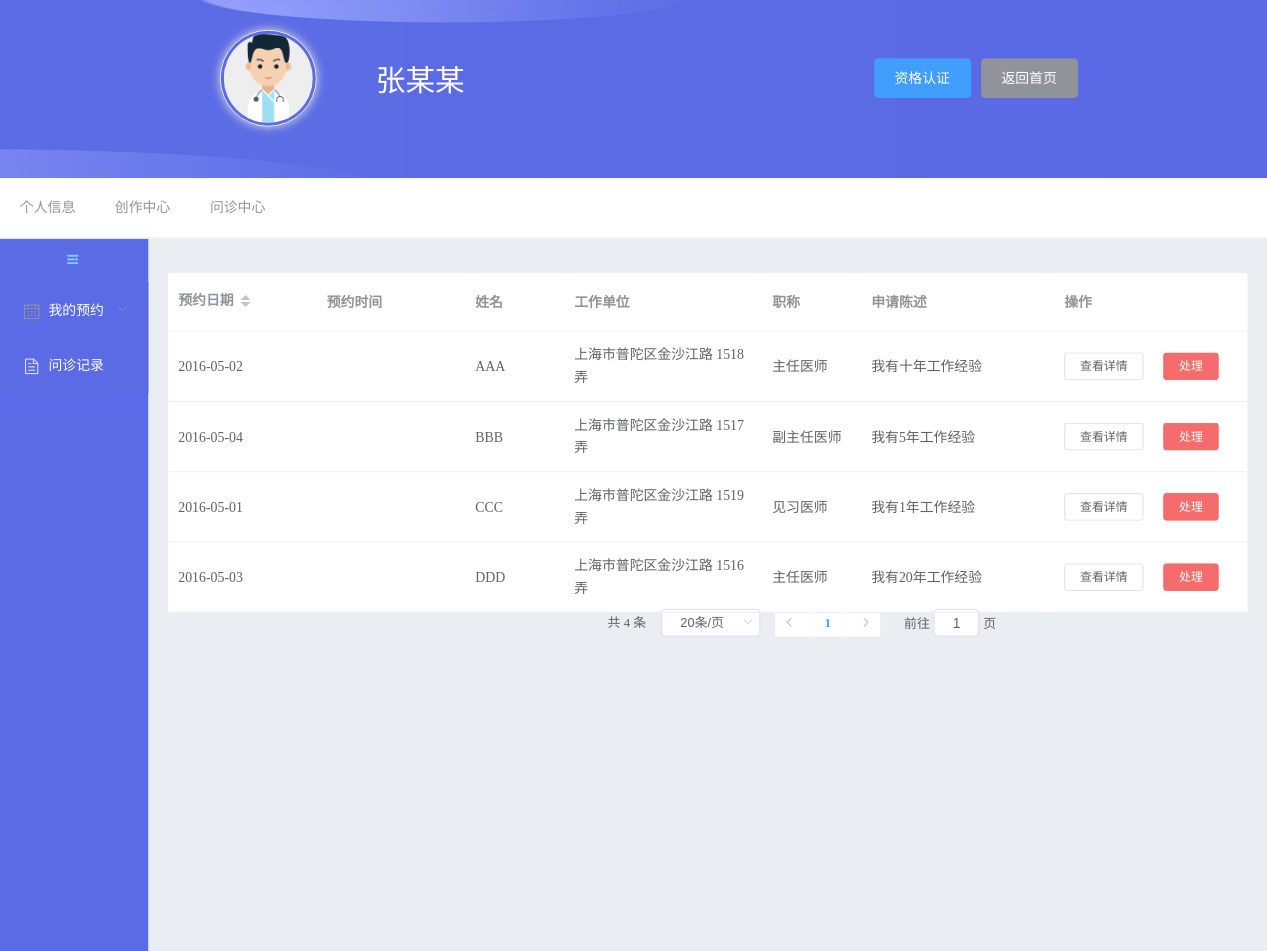
Repository: DiscreteL/SOA_Front
Page: /#/waitApply
The author's editor kept a copy of each file at every save. The page is drawn from the files as they stood at one save, then again after the next save.
The browser window is 1280 px wide. The pictures show the whole page, at 99% of full size.
The project was rebuilt for these pictures with package versions that can differ from the ones it lists, and the page was loaded fresh each time. Also part of the build but not shown: vue.config.js, src/components/navigation.vue, src/components/dialog.vue, src/views/news.vue, src/components/announcement.vue, src/components/patientKnow.vue, src/views/Home.vue, src/views/login.vue and 15 more.

Above is the page before, as saved 2021-11-29 17:27:25.

### src/main.js
import Vue from 'vue'
import App from './App.vue'
import router from './router'
import store from './store'
import ElementUI from 'element-ui';
import 'element-ui/lib/theme-chalk/index.css';
import instance_ from "@/utils/api";

Vue.use(ElementUI);

Vue.config.productionTip = false

Vue.prototype.instance = instance_

new Vue({
  router,
  store,
  render: h => h(App)
}).$mount('#app')

router.beforeEach((to, from, next) => {
  /* 路由发生变化修改页面title */
  if (to.meta.title) {
      document.title = to.meta.title
  }
  next()
})

### src/App.vue
<template>
  <div id="app">
    <router-view/>
  </div>
</template>

<style lang="less" scoped>
</style>

<script>
export default {
  name: 'app'
}
</script>

### src/utils/api.js
//输出通用axios实例
import axios from 'axios';
axios.defaults.withCredentials = false

const instance = axios.create({
  timeout: 10000,
   headers: {
    'Content-Type': "multipart/form-data;charset=utf-8",
  }
});

export default {
  //GqvbYer04485869e6b5acbed4ed10dfd79468f6d84577b1

   diseaseList (data) {
     return instance.get("https://api.apishop.net/common/disease/queryDiseaseList?apiKey=GqvbYer04485869e6b5acbed4ed10dfd79468f6d84577b1&page=1&pageSize=50", data);
   },
   diseaseInfo(data){
    return instance.get("https://api.apishop.net/common/disease/queryDiseaseInfo?apiKey=GqvbYer04485869e6b5acbed4ed10dfd79468f6d84577b1&diseaseID="+data);
   }


//   allUser () {
//     return instance.post('/api/user');
//   },
//   allProduct () {
//    return instance.post('/api/product')
//   },
//   upload (data) {
//     return instance.post('/api/upload',data)
//   },
//   regist (data){
//   	return instance.post('/api/createOrUpdateUser',data)
//   }
};

### src/views/doctor/consultCenter.vue
<template>
  <div class="home_container">
    <UserHomeNav2></UserHomeNav2>
    <!--页面主体区-->
    <el-container>
      <!--侧边栏-->
      <el-aside :width="isCollapse ? '64px' : '150px'">
        <div class="toggle-button" @click="toggleCollapse">
          <div v-if="this.isCollapse == true">
            <i class="el-icon-s-fold"></i>
          </div>
          <div v-else>
            <i class="el-icon-s-unfold"></i>
          </div>
        </div>
        <el-menu
          background-color="#5b6be5"
          text-color="#fff"
          active-text-color="#409EFF"
          :collapse="isCollapse"
          :collapse-transition="false"
          :router="true"
          :default-active="activePath"
        >
          <el-submenu index="1">
            <template slot="title">
              <i class="el-icon-date"></i>
              <span>我的预约</span>
            </template>
            <el-menu-item
              index="/waitApply"
              @click="saveNavState('/waitApply')"
            >
              <i tyle="color: #dcdcdc"></i>
              <span slot="title">预约申请</span>
            </el-menu-item>
            <el-menu-item
              index="/sucApply"
              @click="saveNavState('/sucApply')"
            >
              <i style="color: #dcdcdc"></i>
              <span slot="title">待问诊</span>
            </el-menu-item>
          </el-submenu>
          <el-menu-item index="/docRecord" @click="saveNavState('/docRecord')">
            <i class="el-icon-document" style="color: #dcdcdc"></i>
            <span slot="title">问诊记录</span>
          </el-menu-item>
        </el-menu>
      </el-aside>
      <!--右侧主体区-->
      <el-main>
        <router-view></router-view>
      </el-main>
    </el-container>
  </div>
</template>

<script>
import UserHomeNav2 from "@/components/userhomenav2.vue";

export default {
  name: "ConsultCenter",
  components: {
    UserHomeNav2,
  },
  data() {
    return {
      // 默认不折叠
      isCollapse: false,
      // 被激活导航地址
      activePath: "",
    };
  },
  created() {
    this.getMenuList();
    this.activePath = window.sessionStorage.getItem("activePath");
  },
  methods: {
    toggleCollapse() {
      this.isCollapse = !this.isCollapse;
    },
    saveNavState(activePath) {
      window.sessionStorage.setItem("activePath", activePath);
      this.activePath = activePath;
    },
  },
};
</script>

<style lang="less" scoped>
html,
body {
  width: 100%;
  height: 100%;
  margin: 0px;
  padding: 0px;
}
.home_container {
  height: 100vh;
}
.el-container {
  height: 100%;
}
.el-aside {
  background-color: #5b6be5;
  .el-menu {
    border-right: none;
  }
}
.el-main {
  background-color: #eaedf1;
}
.toggle-button {
  background-color: #5b6be5;
  font-size: 15px;
  line-height: 24px;
  color: #87cefa;
  text-align: center;
  letter-spacing: 0.2em;
  cursor: pointer;
  padding: 10px;
}
.logo_box {
  height: 60px;
  width: 60px;
  border: 5px #53868b;
  border-radius: 50%; /* 圆角 */
  position: relative;
  margin: 30px;
}
.port_box img {
  width: 100%;
  height: 100%;
  border-radius: 50%; /* 圆角 */
  background-color: #53868b;
}
</style>

### src/views/doctor/consult/waitApply.vue
<template>
  <div class="applyForm">
    <div class="form" style="margin-top: 15px">
      <el-table
        ref="filterTable"
        :data="
          tableData.slice((currentPage - 1) * pageSize, currentPage * pageSize)
        "
        style="width: 100%"
      >
        <el-table-column
          prop="date"
          label="预约日期"
          sortable
          width="150"
          column-key="date"
        >
        </el-table-column>
        <el-table-column
          prop="time"
          label="预约时间"
          width="150"
        >
        </el-table-column>
        <el-table-column prop="name" label="姓名" width="100">
        </el-table-column>
        <el-table-column
          prop="hospital"
          label="工作单位"
          width="200"
          :formatter="formatter"
        >
        </el-table-column>
        <el-table-column prop="title" label="职称" width="100">
        </el-table-column>
        <el-table-column
          prop="description"
          label="申请陈述"
          :show-overflow-tooltip="true"
        >
        </el-table-column>
        <el-table-column label="操作">
          <el-button size="mini" @click="dialogTableVisible = true"
            >查看详情</el-button
          >
          <el-dialog title="申请信息" :visible.sync="dialogTableVisible">
            <el-descriptions direction="vertical" :column="4" border>
              <el-descriptions-item label="姓名">AAA</el-descriptions-item>
              <el-descriptions-item label="性别">男</el-descriptions-item>
              <el-descriptions-item label="执业医师资格证编号"
                >123456789</el-descriptions-item
              >
              <el-descriptions-item label="身份证号"
                >9876543210000</el-descriptions-item
              >
              <el-descriptions-item label="工作单位" :span="4"
                >上海市第一医院</el-descriptions-item
              >
              <el-descriptions-item label="科室" :span="2"
                >皮肤科</el-descriptions-item
              >
              <el-descriptions-item label="职称">主任医师</el-descriptions-item>
              <el-descriptions-item label="资格证书证明">
                <el-link type="primary">查看文件</el-link>
              </el-descriptions-item>
              <el-descriptions-item label="申请陈述" :span="4"
                >我有十年工作经验</el-descriptions-item
              >
            </el-descriptions>
          </el-dialog>
          <el-button
            size="mini"
            type="danger"
            style="margin-left: 20px"
            @click="dialogFormVisible = true"
            >处理</el-button
          >
          <el-dialog title="申请处理" :visible.sync="dialogFormVisible">
            <el-form :model="form">
              <el-form-item label="处理结果" :label-width="formLabelWidth">
                <el-select v-model="form.result" placeholder="请选择处理结果">
                  <el-option label="通过申请" value=1></el-option>
                  <el-option label="拒绝申请" value=2></el-option>
                </el-select>
              </el-form-item>
              <el-form-item label="处理意见" :label-width="formLabelWidth">
                <el-input v-model="form.reply" autocomplete="off"></el-input>
              </el-form-item>
            </el-form>
            <div slot="footer" class="dialog-footer">
              <el-button @click="dialogFormVisible = false">取 消</el-button>
              <el-button type="primary" @click="dialogFormVisible = false">确 定</el-button>
            </div>
          </el-dialog>
        </el-table-column>
      </el-table>
    </div>
    <div class="block">
      <el-pagination
        align="center"
        @size-change="handleSizeChange"
        @current-change="handleCurrentChange"
        :current-page="currentPage"
        :page-sizes="[1, 5, 10, 20]"
        :page-size="pageSize"
        layout="total, sizes, prev, pager, next, jumper"
        :total="tableData.length"
      >
      </el-pagination>
    </div>
  </div>
</template>

<script>
export default {
  data() {
    return {
      tableData: [
        {
          date: "2016-05-02",
          name: "AAA",
          hospital: "上海市普陀区金沙江路 1518 弄",
          title: "主任医师",
          description: "我有十年工作经验",
          status: "未处理",
        },
        {
          date: "2016-05-04",
          name: "BBB",
          hospital: "上海市普陀区金沙江路 1517 弄",
          title: "副主任医师",
          description: "我有5年工作经验",
          status: "未处理",
        },
        {
          date: "2016-05-01",
          name: "CCC",
          hospital: "上海市普陀区金沙江路 1519 弄",
          title: "见习医师",
          description: "我有1年工作经验",
          status: "已处理",
        },
        {
          date: "2016-05-03",
          name: "DDD",
          hospital: "上海市普陀区金沙江路 1516 弄",
          description: "我有20年工作经验",
          title: "主任医师",
          status: "已处理",
        },
      ],
      dialogTableVisible: false,
      dialogFormVisible: false,
      currentPage: 1, // 当前页码
      total: 20, // 总条数
      pageSize: 20, // 每页的数据条数
      form: {
          reason: '',
          region: 0,
          delivery: false
        },
        formLabelWidth: '120px'
    };
  },
  methods: {
    formatter(row, column) {
      return row.hospital;
    },
    filterHandler(value, row, column) {
      const property = column["property"];
      return row[property] === value;
    },
    filterStatus(value, row) {
      return row.status === value;
    },
    //每页条数改变时触发 选择一页显示多少行
    handleSizeChange(val) {
      console.log(`每页 ${val} 条`);
      this.currentPage = 1;
      this.pageSize = val;
    },
    //当前页改变时触发 跳转其他页
    handleCurrentChange(val) {
      console.log(`当前页: ${val}`);
      this.currentPage = val;
    },
  },
};
</script>

<style scoped>
.applyForm {
  width: 100%;
  display: flex;
  flex-direction: column;
}
.form {
  float: left;
  width: 100%;
}
.el-table .warning-row {
  background: oldlace;
}

.el-table .success-row {
  background: #f0f9eb;
}
.block {
  float: left;
  width: 100%;
  position: fixed;
  bottom: 75px;
}
</style>

### src/components/userhomenav2.vue
<template>
  <div class="container">
    <div class="head">
      <div class="background">
        <img src="@/assets/back.jpg" alt="" width="100%" height="100%" />
      </div>
      <div class="headmain">
        <div class="left">
          <!-- 头像部分 -->
          <div class="port_box">
            <img src="../assets/docPort.png" />
          </div>

          <!-- 个人信息部分 -->
          <div
            class="Info"
            style="color: white; font-size: 30px; font-family: 宋体"
          >
            {{ userName }}<br />
          </div>
        </div>
        <div>
            <el-button type="primary" @click="certify">资格认证</el-button>
          <el-button type="info" @click="returnhome">返回首页</el-button>
        </div>
      </div>
    </div>
    <div class="navBar">
      <el-menu
        :default-active="this.$route.path"
        class="el-menu-demo"
        router
        mode="horizontal"
        active-text-color="#409EFF"
      >
        <el-menu-item v-for="(item, i) in navList" :key="i" :index="item.name">
          {{ item.navItem }}
        </el-menu-item>
      </el-menu>
    </div>
    <div></div>
  </div>
</template>

<script>
export default {
  name: "UserHomeNav2",
  data() {
    return {
      //   userID: window.sessionStorage.getItem("id"),
      userName: "张某某",
      navList: [
        { name: "/userHome2", navItem: "个人信息" },
        { name: "/messageCenter", navItem: "创作中心" },
        { name: "/consultCenter", navItem: "问诊中心" },
        // { name: "/help", navItem: "帮助中心" },
      ],
    };
  },
  methods: {
    returnhome(){
      this.$router.push("/home");
    },
    certify(){

    }
  },
};
</script>

<style scoped>
.head {
  height: 180px;
  width: 100%;
}
.background {
  width: 100%;
  height: 180px;
  z-index: -1;
  position: absolute;
}
.headmain {
  display: flex;
  justify-content: space-around;
  align-items: center;

}
.left {
  display: flex;
  align-items: center;
}
.port_box {
  height: 90px;
  width: 90px;
  border: 1px solid #eee;
  border-radius: 50%; /* 圆角 */
  padding: 3px; /*图片和边框之间的间距 */
  box-shadow: 0 0 10px #ddd; /*阴影 */
  position: relative;
  margin: 30px;
}
.port_box img {
  width: 100%;
  height: 100%;
  border-radius: 50%; /* 圆角 */
  background-color: #eee;
}

.Info {
  text-align: left;
  font: 15px "Microsoft YaHei";
  margin: 30px;
  position: relative;
}
</style>

### src/axios/url.js
import patient from './modules/patient';
import alluser from './modules/alluser';
import doctor from './modules/doctor';
import admin from './modules/admin';
export default {
    patient,
    alluser,
    doctor,
    admin,
};

### src/axios/request.js
import axios from './axios';
export default {
  // get请求
  get(url, param) {
    return new Promise((resolve, reject) => {
      axios({
        method: 'get',
        url,
        params: param
      })
        .then((res = {}) => {
          if (res.code !== '200') reject(res);
          resolve(res);
        })
        .catch(_ => {
          reject(_)});
    });
  },
  // post请求
  post(url, param) {
    return new Promise((resolve, reject) => {
      axios({
        method: 'post',
        url,
        data: param,
      })
        .then((res = {}) => {
          if (res.code !== '200') reject(res);
          resolve(res);
        })
        .catch(_ => reject(_));
    });
  },
};

### src/axios/modules/patient.js
export default {
    getDocListData:'/Patient/GetDoctorList',
    getDrugData:'/Patient/GetDrugInforList',
    getHosData:'/Patient/GetHospitalList',
    getNoticeData:'/Patient/GetNoticeList',
    getDiseaseData:'/Patient/GetDiseaseList',
    patientLogin:'/Patient/Login',
    doctorLogin:'/Doctor/Login',
    patientRegister:'/Patient/Register',
    doctorRegister:'/Doctor/Register',
    postReservationData:'/Patient/PostReservation',
    sendAcidForm:'/Patient/PostAppOfNuc',
    sendOffineReservation:'/Patient/PostOfflineApp',
    getCart:'/Patient/GetCart',
    clearCart:'/Patient/EmptyCart',
    addCart:'/Patient/AddDrug',
    getDocInfoData:'/Patient/GetDoctor',
    getDrugsIncludedListData:'/Patient/GetIncludeList',
    postRateData:'/Patient/PostRating',
    getPreData:'/Patient/GetPre',
    getDiseaseListData:'/Patient/GetDiseaseList',//存在重复
    getDepartmentListData:'/Patient/GetDepartmentList',//存在重复
    getPatientInfo:'/Patient/GetPatiInfor',
    postAutoAddData:'/Patient/AutoAddDrug',
    getDrugListData:'/Patient/GetDrugInforList',//存在重复
    getLocalImg:'/Patient/GetImg',
    getNAT:'/Patient/GetAppsOfNuc',
    postNoticeData:'/Admin/PostNotice',
    deleteNotice:'/Admin/DeleteNotice',
    getPaiIno:'/Patient/GetPatient',
    getOfflineApp:'/Patient/GetOfflineAppList',
    getReservations:'/Patient/GetReservations',
    getPatiBMI:'/Patient/GetPatiInfor',
    getHospital:'/Patient/GetHospital',
    getPreData:'/Patient/GetPre',
    postPaiIno:'/Patient/ModInfor',
    postUpdateReservation:'Patient/UpdateReservation',
    postRectifyOfflineApp:'/Patient/RectifyOfflineApp',
    postRectifyNucleicApp:'/Patient/RectifyNucleicApp',
    updateReservationData:'/Patient/UpdateReservation',
    getDoctorData:'/Doctor/GetDoctor',
    getRecordsData:'/Doctor/GetReservationLists',
    getCompletedRecordsData:'/Doctor/GetRecords'
  };

### src/axios/modules/alluser.js
export default{
    sendChatMes:'/Base/PostChat',
    getChatMes:'/Base/GetChat'
};

### src/axios/modules/doctor.js
export default {
    getPatientInfoData:'/Doctor/GetPatient',
    postPreData:'/Doctor/PostPre',
    postMedicineIncludedData:'/Doctor/PostInclude',
    postReportData:'/Doctor/PostReport',
    getDocIno:'/Doctor/GetDoctor',
};

### src/axios/modules/admin.js
export default {
    getReportListData:'/Admin/GetReportForms',
    getNoticeListData:'/Admin/GetNoticeList',
    postNoticeData:'/Admin/PostNotice'
}

### src/axios/axios.js
import axios from 'axios';
import router from '../router';
import Vue from 'vue';
import qs from 'qs';
//import store from '../store/index';

//import Storage from '../utils/storages';


// 错误状态码处理提示
class MessageTip extends Vue {
  static messageTipInstance = null;
  messageTip = null;

  static instance() {
    if (!this.messageTipInstance) {
      this.messageTipInstance = new MessageTip();
    }
    this.messageTipInstance;
  }

  // 提示信息
  msgInfo(msg) {
    this.messageTip && this.messageTip.close();
    this.messageTip = this.$message({
      showClose: true,
      message: msg,
      type: 'error',
      center: true
    });
  }

  // 错误信息
  errorInfo(errorCode) {
    this.messageTip && this.messageTip.close();
    let msg = '';
    switch (errorCode) {
      case '400':
        msg = '请求错误';
        break;
      case '401':
        msg = '登录会话过期，请重新登录';
        break;
      case '403':
        msg = '拒绝访问';
        break;
      case '404':
        msg = '请求地址出错';
        break;
      case '408':
        msg = '请求超时';
        break;
      case '500':
        msg = '服务器内部错误';
        break;
      case '501':
        msg = '服务器未实现';
        break;
      case '502':
        msg = '网络错误';
        break;
      case '503':
        msg = '服务不可用';
        break;
      case '504':
        msg = '网关超时';
        break;
      case '505':
        msg = 'HTTP版本不受支持';
        break;
    }
    this.messageTip = this.$message({
      showClose: true,
      message: msg,
      type: 'error',
      center: true
    });
  }
}

const messageTip = new MessageTip();

axios.defaults.headers.post['Content-Type'] = 'application/json';

axios.defaults.withCredentials = true;
axios.defaults.baseURL = '/api';
axios.defaults.timeout = 5000;
// 请求拦截器
axios.interceptors.request.use(
  config => {
    if(config.method === 'post') {
      config.data = qs.stringify(config.data)
      config.url += '?' + config.data
    }
    else {
      config.params = qs.stringify(config.params)
      config.url += '?' + config.params
    }
    //config.headers.token = localStorage.getItem('$token_info');
    return config;
  },
  error => {
    return Promise.reject(error);
  }
);

// 响应拦截器
axios.interceptors.response.use(
  response => {
    response.data = {
      result:response.data,
      code:`${response.status}`
    }
    if (response && response.data && response.data.code !== '200') {
      response.data.msg && messageTip.msgInfo(response.data.msg);
      console.log(response)
      return Promise.reject(response.data);
    }
    return response.data;
  },
  error => {
    console.log(error)
    console.log(error.response)
    if (
      error &&
      error.response &&
      error.response.status &&
      messageTip.errorInfo(error.response.status)
    ) {
      return Promise.reject(error);
    }
  }
);
export default axios;

Loaded but not shown: public/index.html (common file); src/store/index.js (common file); src/router/index.js (257 lines, source omitted); src/service/userService.js (198 lines, source omitted)

After the next save:
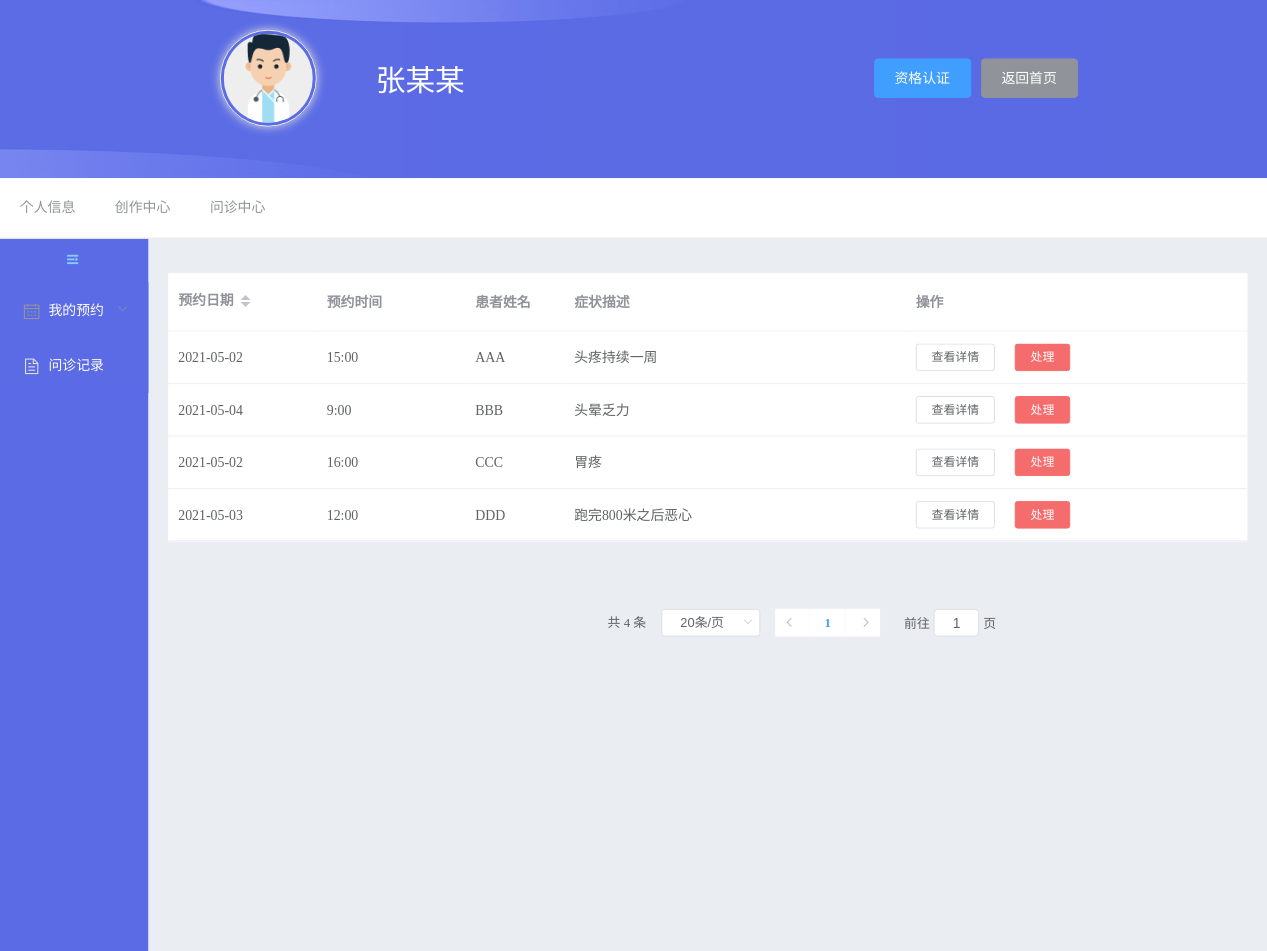
Saved 3 min 34 s later.
--- a/src/views/doctor/consult/waitApply.vue
+++ b/src/views/doctor/consult/waitApply.vue
@@ -22,20 +22,11 @@
           width="150"
         >
         </el-table-column>
-        <el-table-column prop="name" label="姓名" width="100">
-        </el-table-column>
-        <el-table-column
-          prop="hospital"
-          label="工作单位"
-          width="200"
-          :formatter="formatter"
-        >
-        </el-table-column>
-        <el-table-column prop="title" label="职称" width="100">
+        <el-table-column prop="name" label="患者姓名" width="100">
         </el-table-column>
         <el-table-column
           prop="description"
-          label="申请陈述"
+          label="症状描述"
           :show-overflow-tooltip="true"
         >
         </el-table-column>
@@ -117,36 +108,28 @@ export default {
     return {
       tableData: [
         {
-          date: "2016-05-02",
+          date: "2021-05-02",
+          time: "15:00",
           name: "AAA",
-          hospital: "上海市普陀区金沙江路 1518 弄",
-          title: "主任医师",
-          description: "我有十年工作经验",
-          status: "未处理",
+          description: "头疼持续一周",
         },
         {
-          date: "2016-05-04",
+          date: "2021-05-04",
+          time: "9:00",
           name: "BBB",
-          hospital: "上海市普陀区金沙江路 1517 弄",
-          title: "副主任医师",
-          description: "我有5年工作经验",
-          status: "未处理",
+          description: "头晕乏力",
         },
         {
-          date: "2016-05-01",
+          date: "2021-05-02",
+          time: "16:00",
           name: "CCC",
-          hospital: "上海市普陀区金沙江路 1519 弄",
-          title: "见习医师",
-          description: "我有1年工作经验",
-          status: "已处理",
+          description: "胃疼",
         },
         {
-          date: "2016-05-03",
+          date: "2021-05-03",
+          time: "12:00",
           name: "DDD",
-          hospital: "上海市普陀区金沙江路 1516 弄",
-          description: "我有20年工作经验",
-          title: "主任医师",
-          status: "已处理",
+          description: "跑完800米之后恶心",
         },
       ],
       dialogTableVisible: false,
